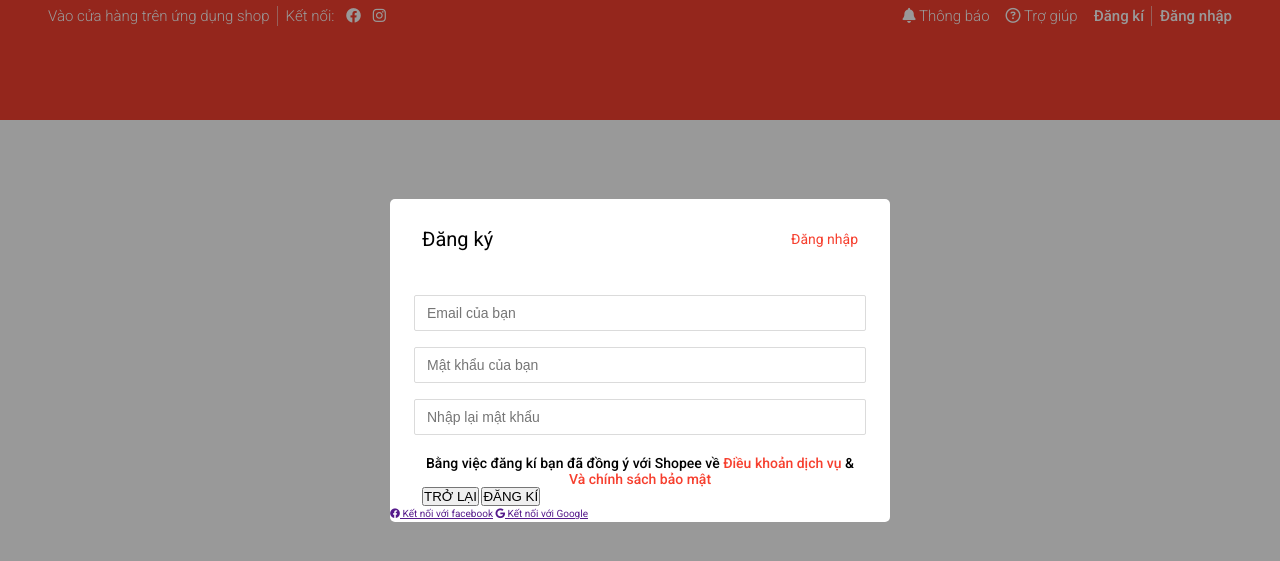
Repository: nguyenhoang2002062929/shoppee
Page: index.html
An editor plug-in stored every save of this project. The page is shown before and after the next save, followed by the edit.
The browser window is 1280 px wide. The pictures show the whole page.

Above is the page before, as saved 2023-06-20 10:50:28.

### index.html
<!DOCTYPE html>
<html lang="en">
<head>
    <meta charset="UTF-8">
    <meta name="viewport" content="width=device-width, initial-scale=1.0">
    <title>Document</title>

    <link rel="stylesheet" href="./assets/css/base.css">
    <link rel="stylesheet" href="./assets/css/main.css">
    <link href="https://fonts.googleapis.com/css2?family=Roboto:wght@100;300;400;500;700&display=swap" rel="stylesheet">
    <link rel="stylesheet" href="https://cdnjs.cloudflare.com/ajax/libs/font-awesome/6.4.0/css/all.min.css" integrity="sha512-iecdLmaskl7CVkqkXNQ/ZH/XLlvWZOJyj7Yy7tcenmpD1ypASozpmT/E0iPtmFIB46ZmdtAc9eNBvH0H/ZpiBw==" crossorigin="anonymous" referrerpolicy="no-referrer" />

</head>
<body>
    <div class="app">
        <!-- header -->
        <div class="header">
            <div class="gird">

                <nav class="header__nav">
                    <ul class="header__nav-list">
                        <li class="header__nav-item header__nav-item--separate header__nav-item--hover-qr ">Vào cửa hàng trên ứng dụng shop
                            <!-- header qr code -->
                            <div class="header__qr-code">
                                <img src="./assets/img/qr_code.png" alt="" class="header__qr-code-img">
                                <div class="header__qr-code-app">
                                    <img src="./assets/img/googplay.png" alt="" class="header__app">
                                    <img src="./assets/img/appStore.png" alt="" class="header__app">
                                </div>
                            </div>
                        </li>
                        <li class="header__nav-item">
                            <span>Kết nối:</span>
                            <a href="" class="header_nav-item-icon"> <i class="fab fa-facebook"></i></a>
                            <a href="" class="header_nav-item-icon"> <i class="fab fa-instagram"></i></a>
                        </li>
                    </ul>

                    <ul class="header__nav-list">
                        <li class="header__nav-item header__nav-item--notify "><a class="header__nav-item-link" href=""><i class="fas fa-bell"></i> Thông báo</a>
                           <!-- notify -->
                           <div class="header__notify">
                                <div class="header__notify-header">
                                    <h3 class="notify__title">Thông Báo Mới Nhận</h3>
                                </div>
                                <ul class="notify__list">
                                    <li class="notify__list-item notify__list-item--view">
                                        <img src="https://cf.shopee.vn/file/d52c8e2d6975e3175edda97f317e21cb_tn" alt="" class="notify__list-item-img">
                                        <div class="notify__list-item-text">
                                            <p class="notify__list-item-text-big">Nhanh tay săn ngay mỹ phẩm F8 vào ngày 8/3 để nhận nhiều ưu đãi</p>
                                            <p class="notify__list-item-text-small">Thương hiệu mỹ phẩm đến từ F8, sáng mịn da tự tin ra đường bảo đảm trai bu như kiến hiện đang giảm giá 99% chỉ còn 1k</p>
                                        </div>
                                    </li>
                                    <li class="notify__list-item">
                                        <img src="https://cf.shopee.vn/file/d52c8e2d6975e3175edda97f317e21cb_tn" alt="" class="notify__list-item-img">
                                        <div class="notify__list-item-text">
                                            <p class="notify__list-item-text-big">Nhanh tay săn ngay mỹ phẩm F8 vào ngày 8/3 để nhận nhiều ưu đãi</p>
                                            <p class="notify__list-item-text-small">Thương hiệu mỹ phẩm đến từ F8, sáng mịn da tự tin ra đường bảo đảm trai bu như kiến hiện đang giảm giá 99% chỉ còn 1k</p>
                                        </div>
                                    </li>
                                    <li class="notify__list-item">
                                        <img src="https://cf.shopee.vn/file/d52c8e2d6975e3175edda97f317e21cb_tn" alt="" class="notify__list-item-img">
                                        <div class="notify__list-item-text">
                                            <p class="notify__list-item-text-big">Nhanh tay săn ngay mỹ phẩm F8 vào ngày 8/3 để nhận nhiều ưu đãi</p>
                                            <p class="notify__list-item-text-small">Thương hiệu mỹ phẩm đến từ F8, sáng mịn da tự tin ra đường bảo đảm trai bu như kiến hiện đang giảm giá 99% chỉ còn 1k</p>
                                        </div>
                                    </li>
                                    <li class="notify__list-item notify__list-item--view">
                                        <img src="https://cf.shopee.vn/file/d52c8e2d6975e3175edda97f317e21cb_tn" alt="" class="notify__list-item-img">
                                        <div class="notify__list-item-text">
                                            <p class="notify__list-item-text-big">Nhanh tay săn ngay mỹ phẩm F8 vào ngày 8/3 để nhận nhiều ưu đãi</p>
                                            <p class="notify__list-item-text-small">Thương hiệu mỹ phẩm đến từ F8, sáng mịn da tự tin ra đường bảo đảm trai bu như kiến hiện đang giảm giá 99% chỉ còn 1k</p>
                                        </div>
                                    </li>
                                </ul>
                                <div class="header__notify-footer">Xem tất cả</div>
                            </div>
                        </li>
                        <li class="header__nav-item"><a class="header__nav-item-link" href=""><i class="far fa-question-circle"></i> Trợ giúp</a></li>
                        <li class="header__nav-item header__nav-item--strong header__nav-item--separate">Đăng kí</li>
                        <li class="header__nav-item header__nav-item--strong">Đăng nhập</li>
                    </ul>
                </nav>
            </div>
        </div>

        <!-- container -->
        <div class="container">

        </div>

        <!-- footer -->
        <div class="footer">

        </div>
    </div>

    <!-- modal layout -->
    <div class="modal">
        <div class="modal__overlay"></div>
        <div class="modal__body">
                <!-- Authen form -->
            <div class="auth-form">
                <div class="auth-form__container">
                    <div class="auth-form__header">
                        <h3 class="auth-form__heading">Đăng ký</h3>
                        <span class="auth-form__switch-btn">Đăng nhập</span>
                    </div>
                    <div class="auth-form__form">
                        <div class="auth-form__group">
                            <input type="text" class="auth-form__input" placeholder="Email của bạn">
                        </div>
                        <div class="auth-form__group">
                            <input type="password" class="auth-form__input" placeholder="Mật khẩu của bạn">
                        </div>
                        <div class="auth-form__group">
                            <input type="password" class="auth-form__input" placeholder="Nhập lại mật khẩu">
                        </div>
                    </div>

                    <div class="auth-form__aside">
                        <p class="auth-form__policy-text">Bằng việc đăng kí bạn đã đồng ý với Shopee về
                            <a href="" class="auth-form__text-link">Điều khoản dịch vụ</a> & <a href="" class="auth-form__text-link">Và chính sách bảo mật</a>
                        </p>
                    </div>
                <div class="auth-form__controls">
                        <button class="btn">TRỞ LẠI</button>
                        <button class="btn btn--primary">ĐĂNG KÍ</button>
                </div>
                </div>
            <div class="auth-form__social">
                <a href="" class="btn btn--with-icon"><i class="fa-brands fa-facebook"></i> Kết nối với facebook</a>
                <a href="" class="btn btn--with-icon"><i class="fa-brands fa-google"></i> Kết nối với Google</a>
            </div>
            </div>

        </div>
    </div>
</body>
</html>

### assets/css/base.css
:root{
    --white-color: #fff;
    --black-color: #000;
    --text-color: #333;
    --color-main: #f63f2e;
    --boder-color: #dbdbdb
}
*{
    box-sizing: inherit;
    margin: 0;
    padding: 0;
}
html{
    font-size: 62.5%;
    line-height: 1.6rem;
    font-family: 'Roboto', sans-serif;
    box-sizing: border-box;
}
.gird{
    width: 1200px;
    max-width: 1200px;
    margin: 0 auto;
}
.gird__full-width{
    width: 100%;
}
.gird__row{
    display: flex;
    flex-wrap: wrap;
}

### assets/css/main.css

.header{
    width: 100%;
    height: 120px;
    background-color: #f63f2e;
}
.header__nav{
    display: flex;
    justify-content: space-between;

}
.header__nav-list{
    display: flex;
}
.header__nav-item{
    position: relative;
    display: block;
    font-size: 15px;
    color:  var(--white-color);
    text-decoration: none;
    list-style-type: none;
    font-weight: 300;
    margin: 0px 8px;
    cursor: pointer;
    padding: 8px 0;
}
.header_nav-item-icon{
    text-decoration: none;
    color: var(--white-color);
    margin-left: 8px;
}
.header__nav-item-link{
    text-decoration: none;
    color: var(--white-color);
}
.header__nav-item--strong{
    font-weight: 500;
}
.header__nav-item--separate::after{
    content: "";
    height: 20px;
    color: #fff;
    opacity: 0.5;
    border-left: 1px solid #fff;
    position: absolute;
    top: 50%;
    right: -8px;
    transform: translateY(-50%);
}
.header_nav-item-icon:hover,
.header__nav-item:hover,
.header__nav-item-link:hover{
    color: rgba(255, 255, 255, 0.7);
}
.header__nav-item span{
    cursor: default;
    color: var(--white-color);
}
/* <!-- header qr code --> */
.header__qr-code{
    position: absolute;
    width: 186px;
    background-color: var(--white-color);
    left: 0;
    padding: 8px;
    display: none;
    margin-top: 8px;
    animation: inFace ease 0.4s;
}
.header__qr-code-img{
    width: 100%;
}
.header__qr-code-app{
    display: flex;
    justify-content: space-evenly;
}
.header__app{
    height: 16px;
}
.header__nav-item--hover-qr:hover .header__qr-code{
    display: block;
}
@keyframes inFace{
    from{
        opacity: 0;
    }
    to{
        opacity: 1;
    }
}
/* notify */
.header__notify{
    position: absolute;
    width: 404px;
    background-color: #fff;
    right: 0;
    top: 100%;
    border: 1px solid #ddd;
    border-radius: 2px;
    display: none;
    transform-origin: 90% top;
    animation: headerNotify ease-in 0.2s;
    will-change: opacity , transform;
}
@keyframes headerNotify{
    from{
        opacity: 0;
        transform: scale(0);
    }
    to{
        opacity: 1;
        transform: scale(1);
    }
}
.header__notify::before{
    position: absolute;
    content: "";
    border-width: 20px 35px;
    border-style: solid;
    border-color: transparent transparent #fff transparent;
    top: -28px;
    right: 12px;
}
.header__notify-header{
    display: block;
}
.notify__title{
    color:#333;
    font-weight: 300;
    font-size: 1.5rem;
    padding: 8px;
}
.notify__list{
}
.notify__list-item{
    position: relative;
    display: flex;
    color: #000;
    padding-bottom: 8px;
    padding-top: 8px;
}
.notify__list-item-img{
    top: 0;
    width: 48px;
    align-self: flex-start;
    padding: 2px 8px;
    display: inline;
}
.notify__list-item-text-big{
    font-size: 16px;
    font-weight: 400;
    text-overflow: 2px;
    line-height: 1.5;
}
.notify__list-item-text-small{
    font-size: 12px;
    font-weight: 300;
    color: #333;
    margin-top: 4px;
    line-height: 1.4;
}

.header__notify-footer{
    color: #333;
    text-align: center;
    padding: 8px 0;
    display: block;
}
.notify__list-item--view{
    background-color: rgba(239, 187, 176, 0.2)
}
.header__nav-item--notify:hover .header__notify {
    display: block;
}
.notify__list-item--view:hover{
    background-color: #ddd;
}
/* modal-overlay */
.modal{
    position: absolute;
    top: 0;
    bottom: 0;
    right: 0;
    left: 0;
    display: flex;
}
.modal__overlay{
    position: absolute;
    width: 100%;
    height: 100%;
    background-color:rgba(0, 0, 0, 0.4);
}
.modal__body{
    background-color: #fff;
    z-index: 1;
    margin: auto;
    border-radius: 5px;
}
/* authen form */
.auth-form{
    width: 500px;
}
.auth-form__container{
    padding: 0 32px;
}
.auth-form__header{
    display: flex;
    justify-content: space-between;
    padding: 32px 0;
}
.auth-form__heading{
    font-size: 2rem;
    font-weight: 400;
    color: var(--test-color);
}
.auth-form__switch-btn{
    font-size: 1.4rem;
    color: var(--color-main);
    font-weight: 400;
}
.auth-form__form{
    margin-top: 16px;
}
.auth-form__group{
    margin-left: -8px;
    margin-right: -8px;
}
.auth-form__input{
    width: 100%;
    height: 36px;
    margin-bottom: 16px;
    border: 1px solid var(--boder-color);
    border-radius: 2px;
    font-size: 1.4rem;
    padding: 0 12px;
    outline: none;
}
.auth-form__input:focus{
    border-color: #888;
}
.auth-form__aside{
    margin-top: 4px;
}
.auth-form__policy-text{
    font-size: 1.4rem;
    text-align: center;
    font-weight: 500;
}
.auth-form__text-link{
    text-decoration: none;
    color: var(--color-main);
}

After the next save:
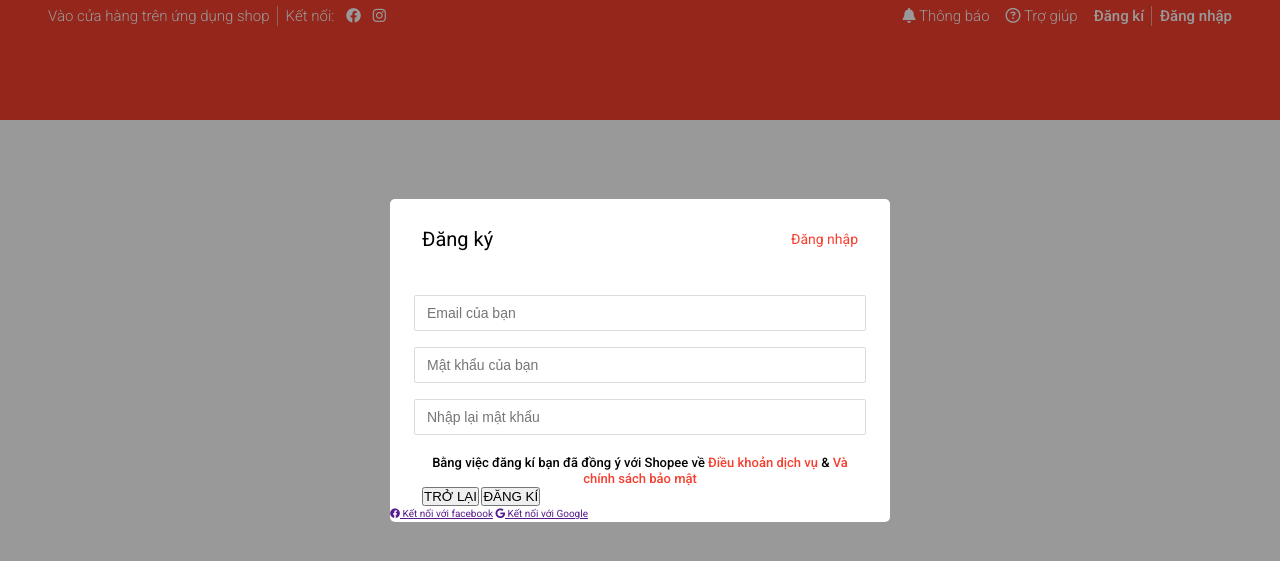
Saved 7 s later.
--- a/assets/css/main.css
+++ b/assets/css/main.css
@@ -242,7 +242,7 @@
     margin-top: 4px;
 }
 .auth-form__policy-text{
-    font-size: 1.4rem;
+    font-size: 1.3rem;
     text-align: center;
     font-weight: 500;
 }
